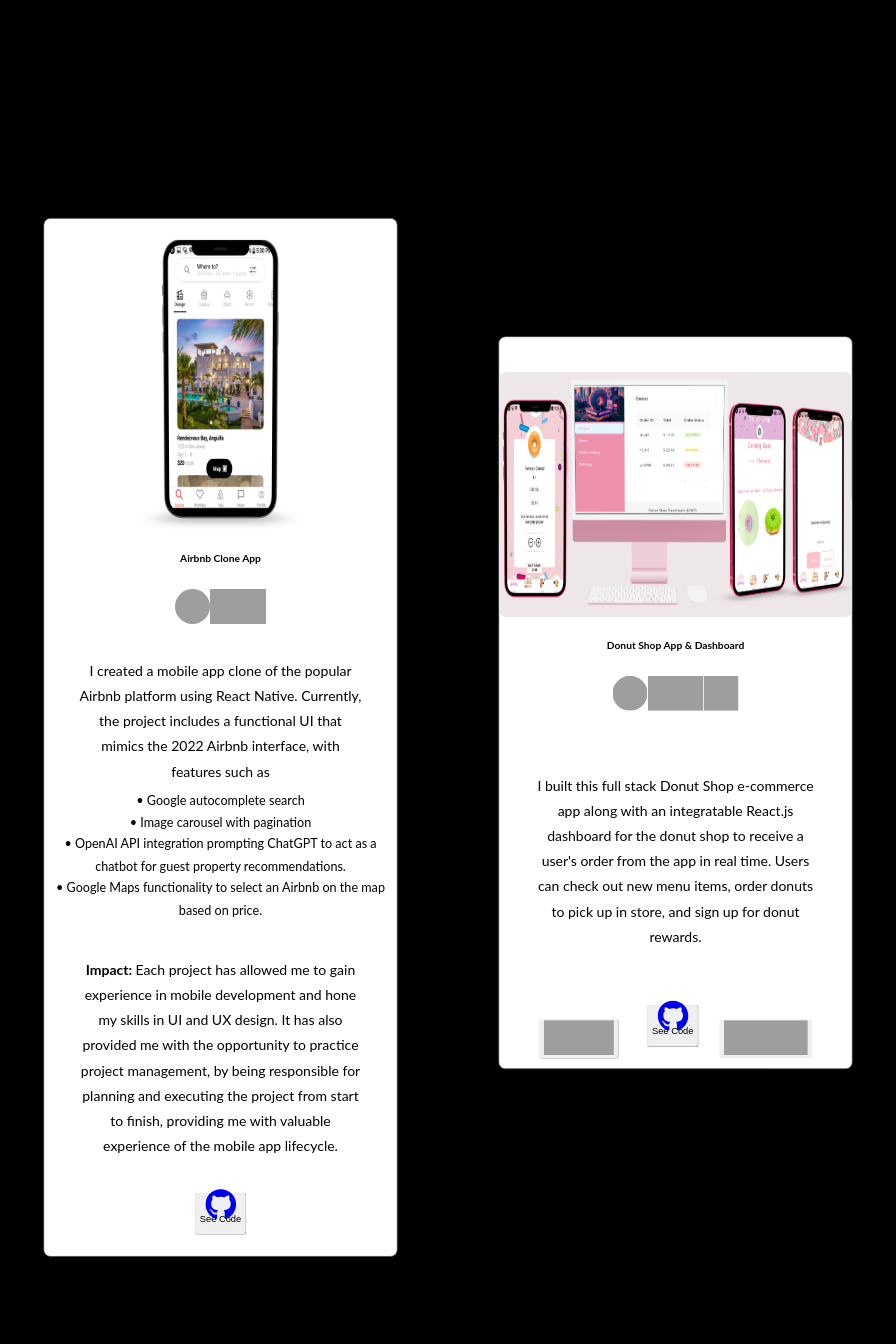
Repository: JamesPesenti/portfolio
Page: /
The author's editor kept a copy of each file at every save. The page is drawn from the files as they stood at one save, then again after the next save.
The browser window is 1280 px wide. The pictures show the part of the page from y = 1429 to 3349 px (the page is 6929 px tall), at 70% of full size.
Pictures or frames that could not be fetched are drawn as grey boxes. The project was rebuilt for these pictures with package versions that can differ from the ones it lists, and the page was loaded fresh each time. Imported but missing from the stored project, and not drawn on this page: src/Components/James Pesenti Resume 2023.pdf.

Above is the page before, as saved 2023-08-28 14:55:47.

After the next save:
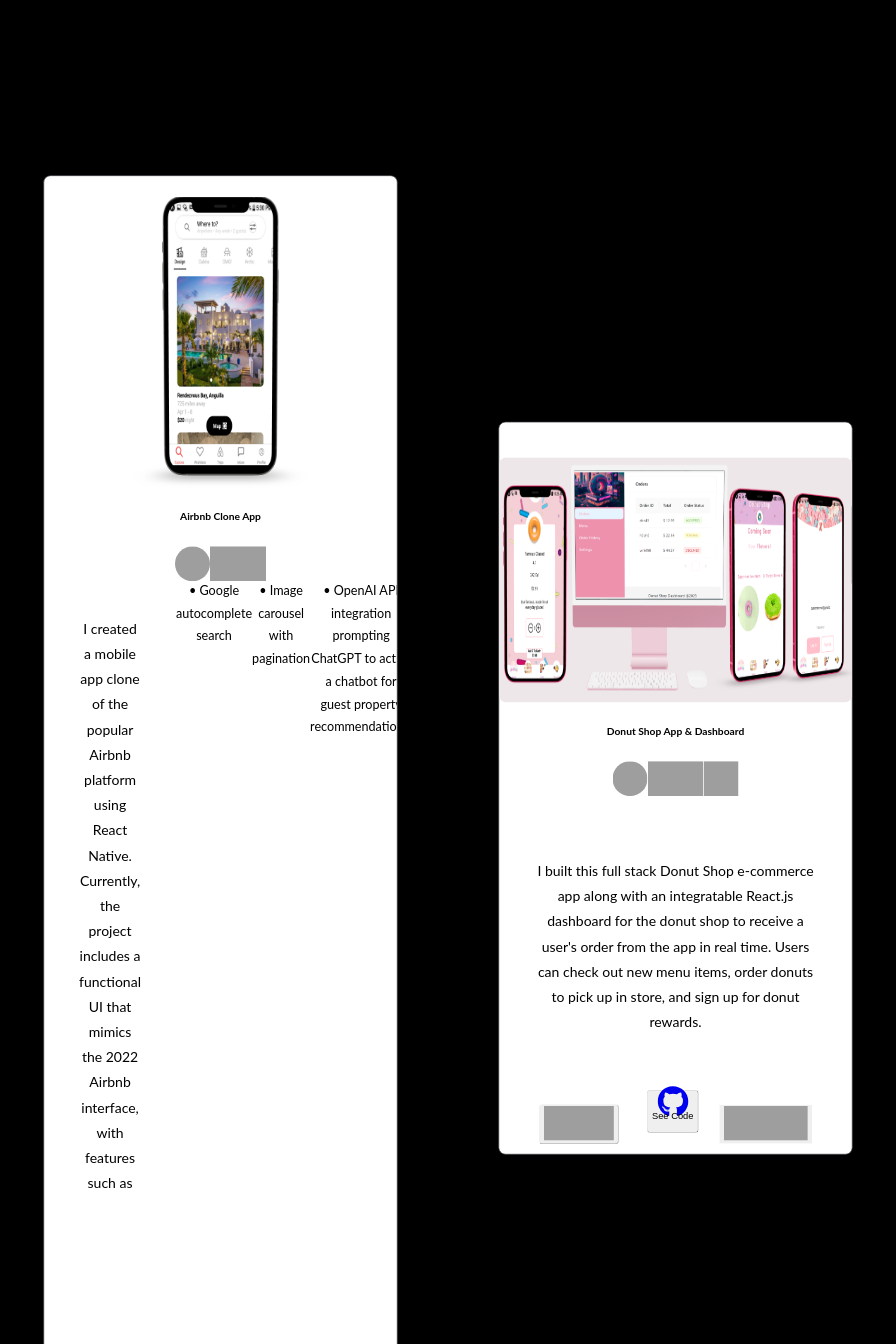
Saved 23 s later.
--- a/src/Components/MyProjects.jsx
+++ b/src/Components/MyProjects.jsx
@@ -22,8 +22,7 @@
                   <img style={{width: 80, height: 50, }} src="https://www.datocms-assets.com/45470/1631026680-logo-react-native.png"  />
                   {/* <img style={{width: 50, height: 50, }} src="https://pbs.twimg.com/profile_images/1114309924551417856/FKA4cm2x_400x400.png"  /> */}
                 </div>
-           <div style={{display: "flex", flexDirection: "row"}}>
-           <div style={{flexDirection: "row"}}>
+           <div style={{display: 'flex', flexDirection: "row"}}>
             <p style={{fontSize: 20, textAlign: 'center', padding: 50, marginBottom: -60}}>I created a mobile app clone of the popular Airbnb platform using React Native. Currently, the project includes a functional UI that mimics the 2022 Airbnb interface, with features such as</p>
             <p style={{fontSize: 18, padding: 0, marginBottom: -20}}>&#8226; Google autocomplete search</p>
             <p style={{fontSize: 18, padding: 0, marginBottom: -20}}>&#8226; Image carousel with pagination</p>
@@ -33,7 +32,6 @@
             {/* <p style={{fontSize: 20, textAlign: 'center', padding: 40, marginBottom: -60}}>I plan to add additional features and integrate back end functionality in future updates to enhance the user experience and provide a more comprehensive product.</p> */}
             {/* <p style={{fontSize: 20, textAlign: 'center', padding: 30, marginBottom: -80}}><b> Key Skills I learned: </b>React Native, UI design, Google Play and App Store submission process, mobile development, UX design, project management.</p> */}
             <p style={{fontSize: 20, textAlign: 'center', padding: 50}}><b> Impact: </b> Each project has allowed me to gain experience in mobile development and hone my skills in UI and UX design. It has also provided me with the opportunity to practice project management, by being responsible for planning and executing the project from start to finish, providing me with valuable experience of the mobile app lifecycle.</p>
-           </div>
            </div>
 
            <div >

After the save that followed:
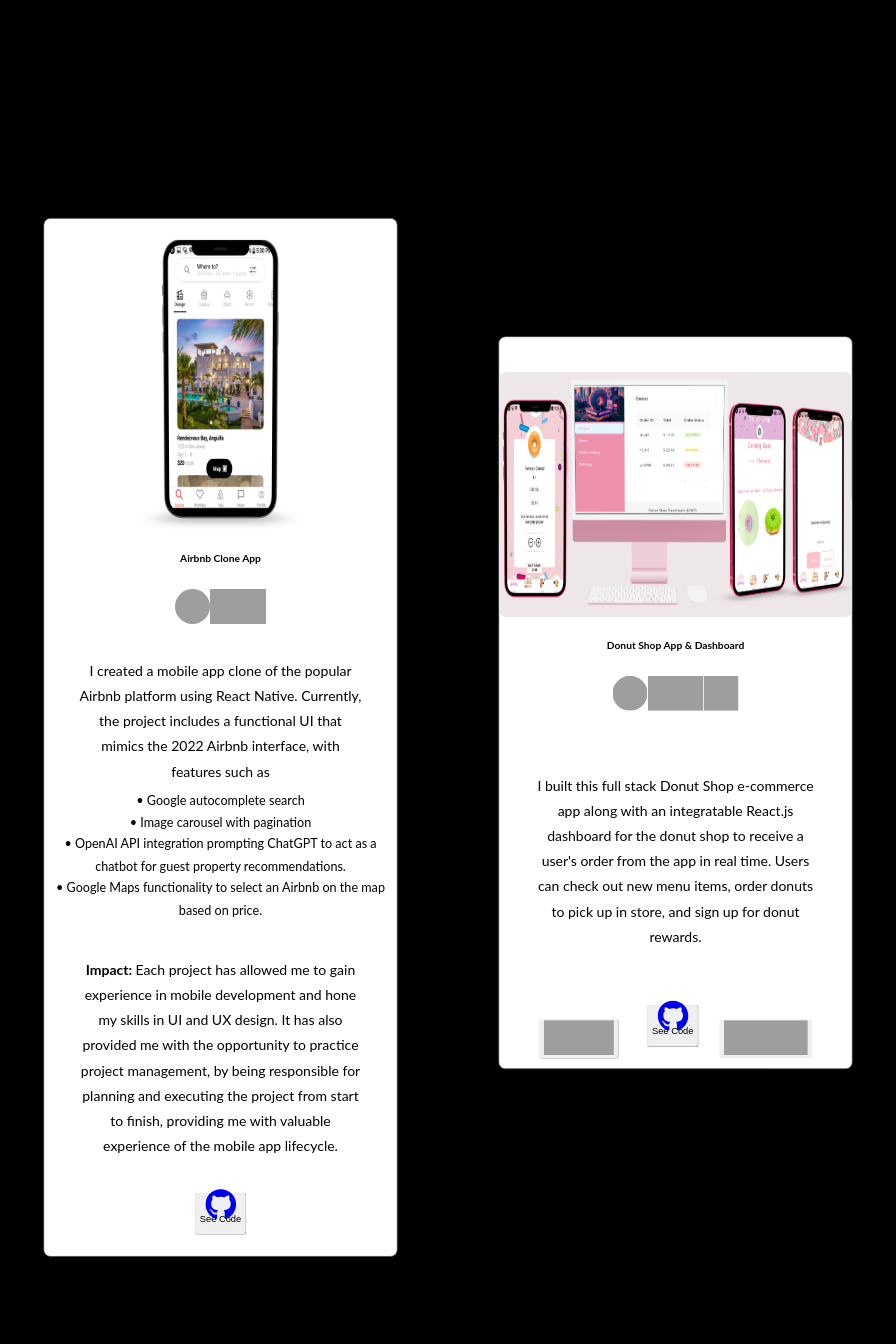
Saved 23 s later.
--- a/src/Components/MyProjects.jsx
+++ b/src/Components/MyProjects.jsx
@@ -23,6 +23,7 @@
                   {/* <img style={{width: 50, height: 50, }} src="https://pbs.twimg.com/profile_images/1114309924551417856/FKA4cm2x_400x400.png"  /> */}
                 </div>
            <div style={{display: 'flex', flexDirection: "row"}}>
+           <div >
             <p style={{fontSize: 20, textAlign: 'center', padding: 50, marginBottom: -60}}>I created a mobile app clone of the popular Airbnb platform using React Native. Currently, the project includes a functional UI that mimics the 2022 Airbnb interface, with features such as</p>
             <p style={{fontSize: 18, padding: 0, marginBottom: -20}}>&#8226; Google autocomplete search</p>
             <p style={{fontSize: 18, padding: 0, marginBottom: -20}}>&#8226; Image carousel with pagination</p>
@@ -32,6 +33,7 @@
             {/* <p style={{fontSize: 20, textAlign: 'center', padding: 40, marginBottom: -60}}>I plan to add additional features and integrate back end functionality in future updates to enhance the user experience and provide a more comprehensive product.</p> */}
             {/* <p style={{fontSize: 20, textAlign: 'center', padding: 30, marginBottom: -80}}><b> Key Skills I learned: </b>React Native, UI design, Google Play and App Store submission process, mobile development, UX design, project management.</p> */}
             <p style={{fontSize: 20, textAlign: 'center', padding: 50}}><b> Impact: </b> Each project has allowed me to gain experience in mobile development and hone my skills in UI and UX design. It has also provided me with the opportunity to practice project management, by being responsible for planning and executing the project from start to finish, providing me with valuable experience of the mobile app lifecycle.</p>
+           </div>
            </div>
 
            <div >
